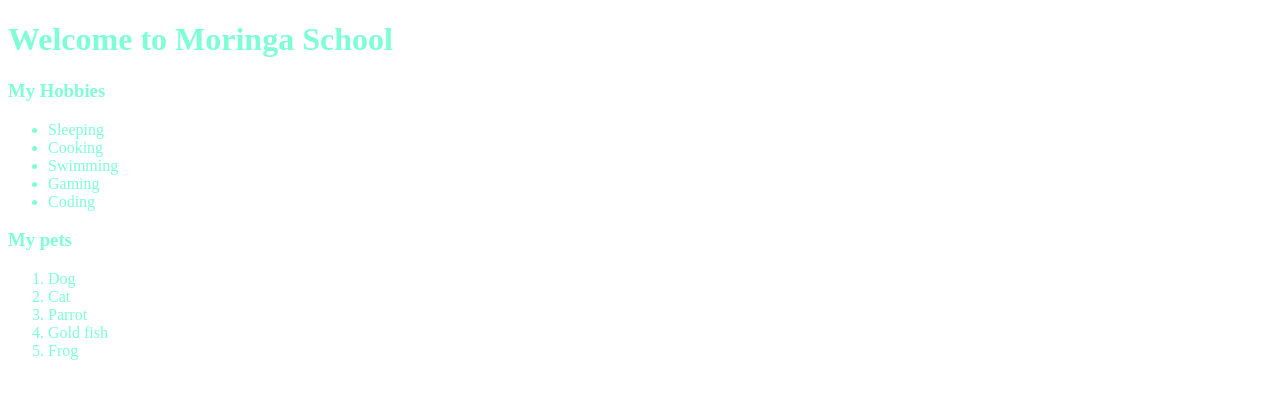
Repository: luckyantony/example
Page: index.html
The author's editor kept a copy of each file at every save. The page is drawn from the files as they stood at one save, then again after the next save.
The browser window is 1280 px wide. The pictures show the whole page.

Above is the page before, as saved 2025-02-17 11:15:54.

After the next save:
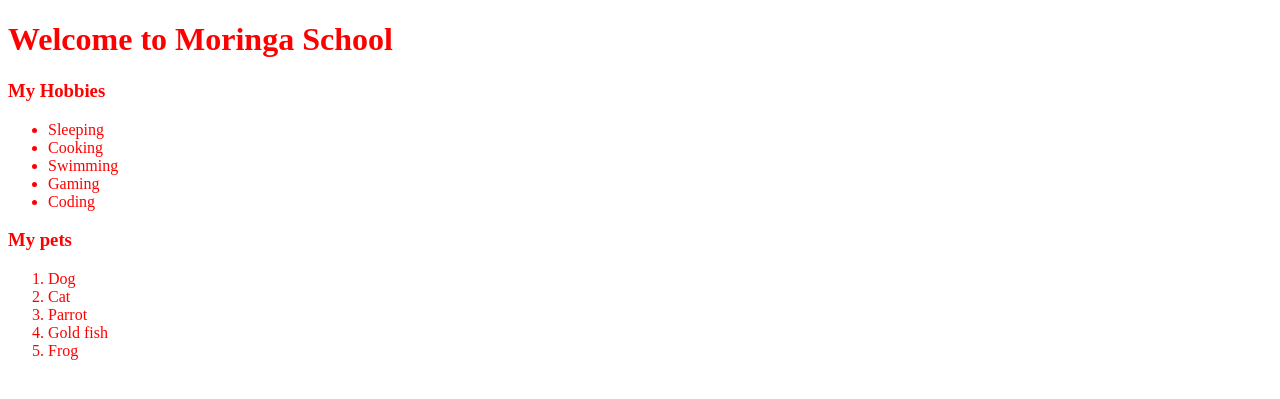
Saved 15 s later.
--- a/css/style.css
+++ b/css/style.css
@@ -1,3 +1,3 @@
 *{
-    color:aquamarine
+    color:red
 }
